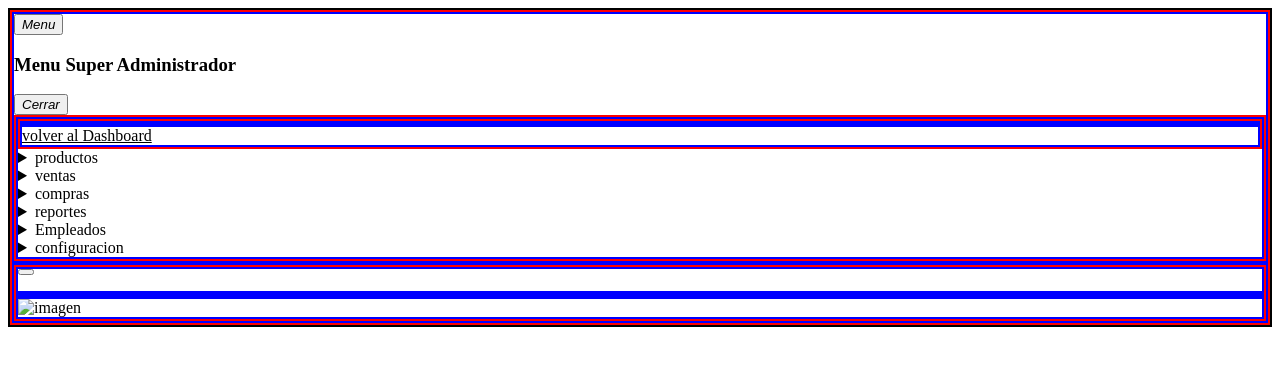
Repository: Rafa-x64/Gestion_inventario_practica
Page: http://localhost/Gestion_inventario/view/includes/header-admin.php
These files come from the project's save history. The page is drawn as it stood at one moment and after the next save; the edit follows.
The browser window is 1280 px wide. The pictures show the whole page.
The page is run by PHP 8.4 with error messages shown; the project is at /var/www/html/.

Above is the page before, as saved 2025-08-07 14:08:46.

After the next save:
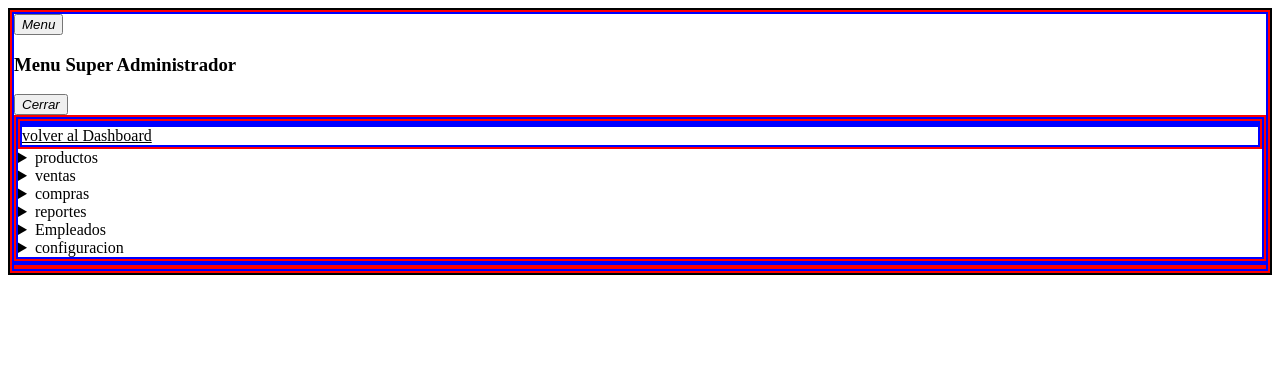
Saved 59 s later.
--- a/view/includes/header-admin.php
+++ b/view/includes/header-admin.php
@@ -336,22 +336,7 @@
         <!--parte derecha del menu-->
         <div class="col-9 col-md-10 col-lg-11">
             <div class="row d-flex flex-row justify-content-end align-items-center">
-                <div class="col-lg-1 text-center">
-                    <form action="" method="post">
-                        <input type="hidden" name="cerrar_sesion" value="cerrar_sesion">
-                        <button type="submit" class="btn">
-                            <i class="bi bi-box-arrow-left text-white fs-sm-6 fs-md-4 fs-lg-1"></i>
-                        </button>
-                    </form>
-                </div>
-                <div class="col-lg-1 text-center">
-                    <a href="" class="btn">
-                        <i class="bi bi-question-octagon text-white fs-sm-6 fs-md-4 fs-lg-1"></i>
-                    </a>
-                </div>
-                <div class="col-lg-1">
-                    <img src="" alt="imagen" class="img-fluid">
-                </div>
+
             </div>
         </div>
     </div>
